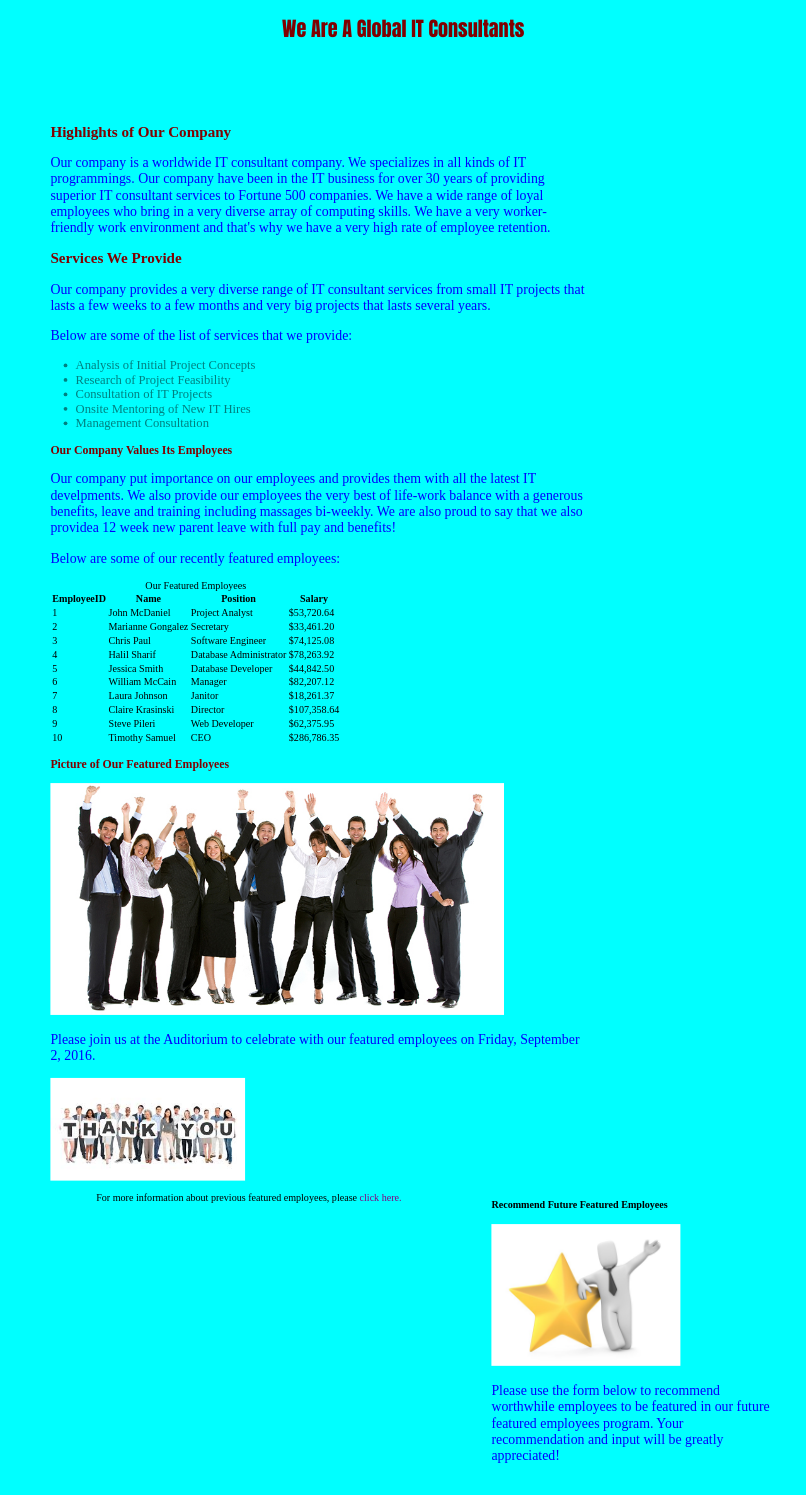
Repository: myjavaweb2/Week5JDBCAssignments
Page: http://localhost/myweek4project/
The author's editor kept a copy of each file at every save. The page is drawn from the files as they stood at one save, then again after the next save.
The browser window is 1280 px wide. The pictures show the whole page, at 63% of full size.
The page is served by Tomcat 9. Other server files are loaded and not shown.

Above is the page before, as saved 2016-08-26 17:52:32.

### myweek4project/src/main/webapp/index.html
<!DOCTYPE html>
<html>
<head>
<meta charset="ISO-8859-1">
<link rel="stylesheet" href="styles.css" />
<title>Employees at the New World Company</title>
</head>
<body>

<header>
<h1>We Are A Global IT Consultants</h1>
</header>

<main>

<div>
<h2>Highlights of Our Company</h2>

<p>Our company is a worldwide IT consultant company. We specializes in all kinds of IT programmings.
Our company have been in the IT business for over 30 years of providing superior IT consultant
services to Fortune 500 companies. We have a wide range of loyal employees who bring in a very
diverse array of computing skills. We have a very worker-friendly work environment and that's
why we have a very high rate of employee retention.</p>

<h2>Services We Provide</h2>

<p>Our company provides a very diverse range of IT consultant services from small IT projects that lasts
a few weeks to a few months and very big projects that lasts several years.</p>

<p>Below are some of the list of services that we provide:</p>

<ul>
	<li>Analysis of Initial Project Concepts</li>
	<li>Research of Project Feasibility</li>
	<li>Consultation of IT Projects</li>
	<li>Onsite Mentoring of New IT Hires</li>
	<li>Management Consultation</li>
</ul>
</div>

<div>
<h3>Our Company Values Its Employees</h3>

<p>Our company put importance on our employees and provides them with all the latest IT develpments.
We also provide our employees the very best of life-work balance with a generous benefits, leave and
training including massages bi-weekly. We are also proud to say that we also providea 12 week new
parent leave with full pay and benefits!</p>

<p>Below are some of our recently featured employees:</p>

<table>
	<caption>Our Featured Employees</caption>
		<tr>
			<th>EmployeeID</th>
			<th>Name</th>
			<th>Position</th>
			<th>Salary</th>
		</tr>
		<tr>
			<td>1</td>
			<td>John McDaniel</td>
			<td>Project Analyst</td>
			<td>$53,720.64</td>
		</tr>
		<tr>
			<td>2</td>
			<td>Marianne Gongalez</td>
			<td>Secretary</td>
			<td>$33,461.20</td>
		</tr>
		<tr>
			<td>3</td>
			<td>Chris Paul</td>
			<td>Software Engineer</td>
			<td>$74,125.08</td>
		</tr>
		<tr>
			<td>4</td>
			<td>Halil Sharif</td>
			<td>Database Administrator</td>
			<td>$78,263.92</td>
		</tr>
		<tr>
			<td>5</td>
			<td>Jessica Smith</td>
			<td>Database Developer</td>
			<td>$44,842.50</td>
		</tr>
		<tr>
			<td>6</td>
			<td>William McCain</td>
			<td>Manager</td>
			<td>$82,207.12</td>
		</tr>
		<tr>
			<td>7</td>
			<td>Laura Johnson</td>
			<td>Janitor</td>
			<td>$18,261.37</td>
		</tr>
		<tr>
			<td>8</td>
			<td>Claire Krasinski</td>
			<td>Director</td>
			<td>$107,358.64</td>
		</tr>
		<tr>
			<td>9</td>
			<td>Steve Pileri</td>
			<td>Web Developer</td>
			<td>$62,375.95</td>
		</tr>
		<tr>
			<td>10</td>
			<td>Timothy Samuel</td>
			<td>CEO</td>
			<td>$286,786.35</td>
		</tr>

</table>

<h3>Picture of Our Featured Employees</h3>

<img alt="Snap of Employees" src="images/employees.jpg">

<p>Please join us at the Auditorium to celebrate with our featured employees
on Friday, September 2, 2016.</p>

<img alt="Employees Appreciation" src="images/employees2.jpg">
</div>

</main>

<aside>
<h4>Recommend Future Featured Employees</h4>

<img alt="Employee Pride" src="images/employee_pride.jpg" width="300px">

<p>Please use the form below to recommend worthwhile employees to be featured
in our future featured employees program. Your recommendation and input will
be greatly appreciated!</p>


</aside>

<footer>
For more information about previous featured employees, please
<a href="http://www.prnewswire.com/news-releases/video-production-agency-rep-interactive-wins-inccoms-50-best-workplaces-award-300317746.html">
click here.</a>
</footer>



</body>
</html>

### myweek4project/src/main/webapp/styles.css
html, body {
	margin: 0;
	padding: 0;
	border: 0;
	font-size: 100%;
	background-color: aqua;
}

header {
	height: 135px;
}

main {
	width: 850px;
	background-color: aqua;
	float: left;
	padding-left: 0;
	padding-right: 0;
	position: relative;
	right: 20px;
  	left: 80px;
  	top: 20px;
  	bottom: 15px;
}

aside {
	width: 450px;
	background-color: aqua;
	float: right;
	padding: 25px;
	padding-right: 50px;
}

footer {
	clear: left;
	padding: 35px;
	border: 5px;
	text-align: center;
}

p {
	font-style: Times New Roman, Tahoma, sans serif;
	font-size: 22px;
	color: blue;
}

h1, h2, h3 {
	font-family: fantasy, serif;
	color:maroon;
}

h1 {
	font-family: "Helvetica-Bold",Impact, sans serif;
	text-align: center;

}

ul {
	color:teal;
	font-size: 20px;
}
a {
	color: purple;
	text-decoration: none;
}

After the next save:
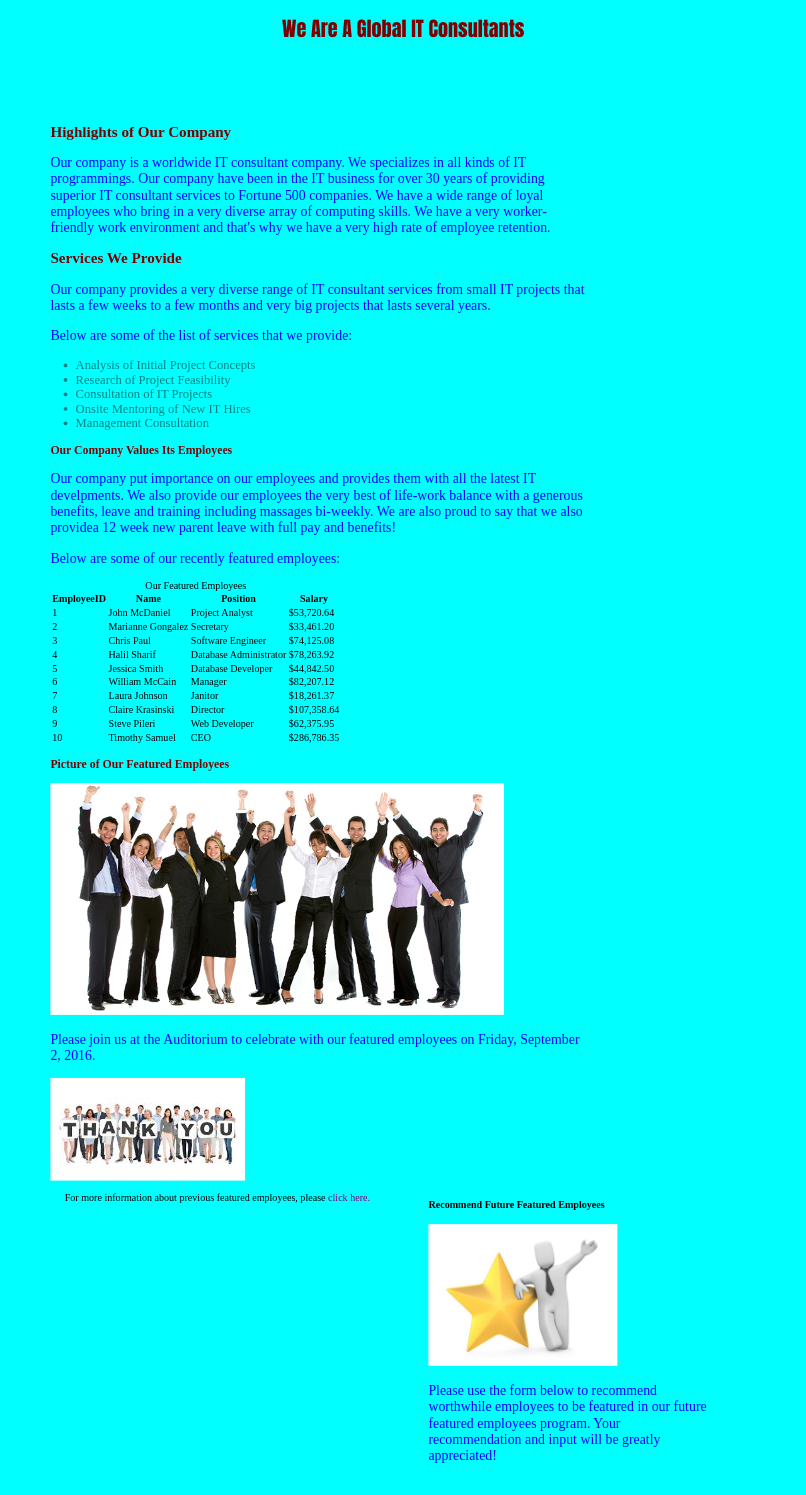
Saved 16 s later.
--- a/myweek4project/src/main/webapp/styles.css
+++ b/myweek4project/src/main/webapp/styles.css
@@ -28,7 +28,7 @@ aside {
 	background-color: aqua;
 	float: right;
 	padding: 25px;
-	padding-right: 50px;
+	padding-right: 150px;
 }
 
 footer {
